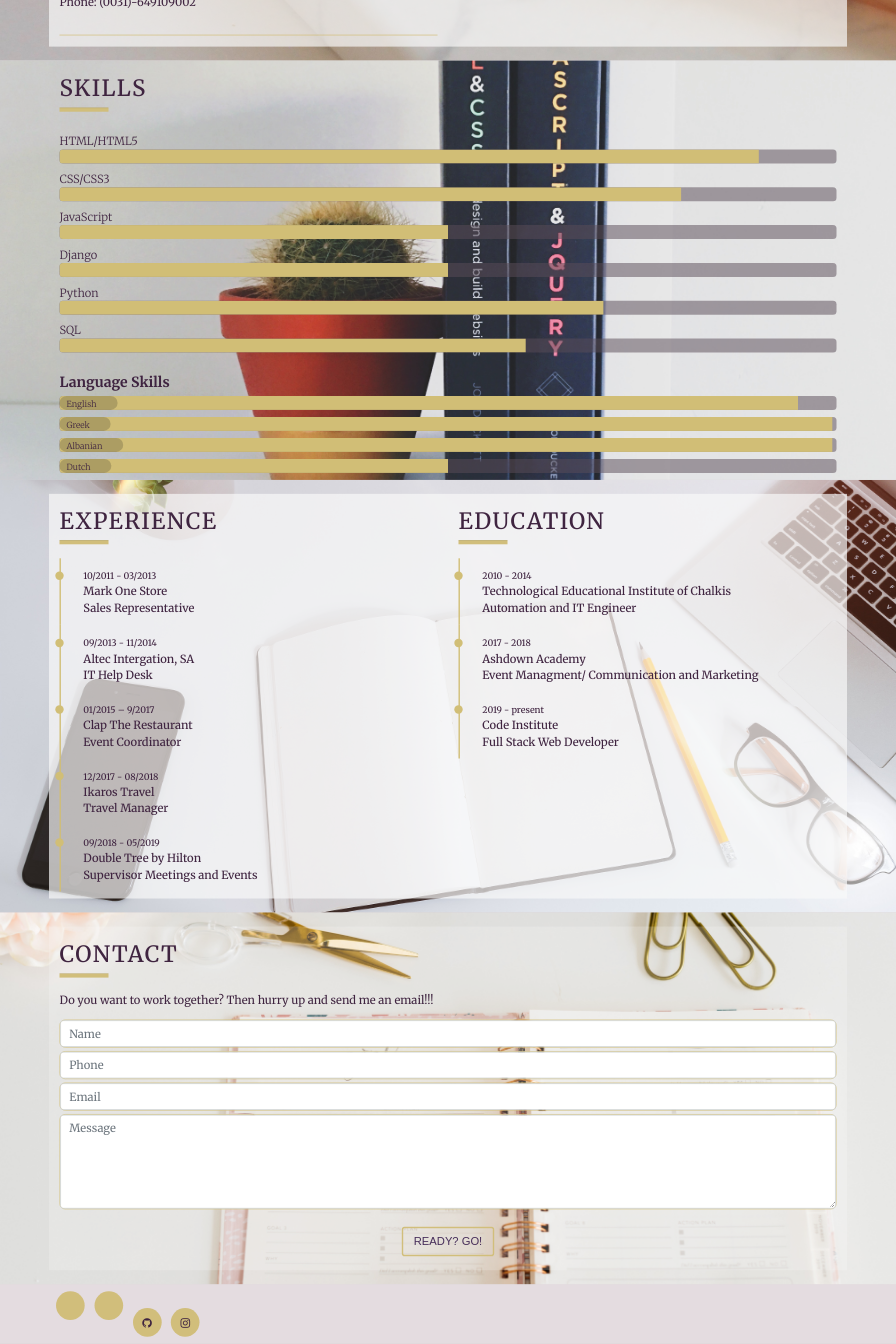
Repository: edshuli/Portfolio
Page: index.html
The author's editor kept a record of every edit. The page is drawn from the files as they stood at one moment, then again after the next edit.
The browser window is 1280 px wide. The pictures show the part of the page from y = 1151 to 3071 px (the page is 3071 px tall before and 3047 px after), at 70% of full size.
Backgrounds fixed to the window are drawn as part of the page. Some web fonts or font styles are not loaded; a fallback is used.

Above is the page before.

After the next edit:
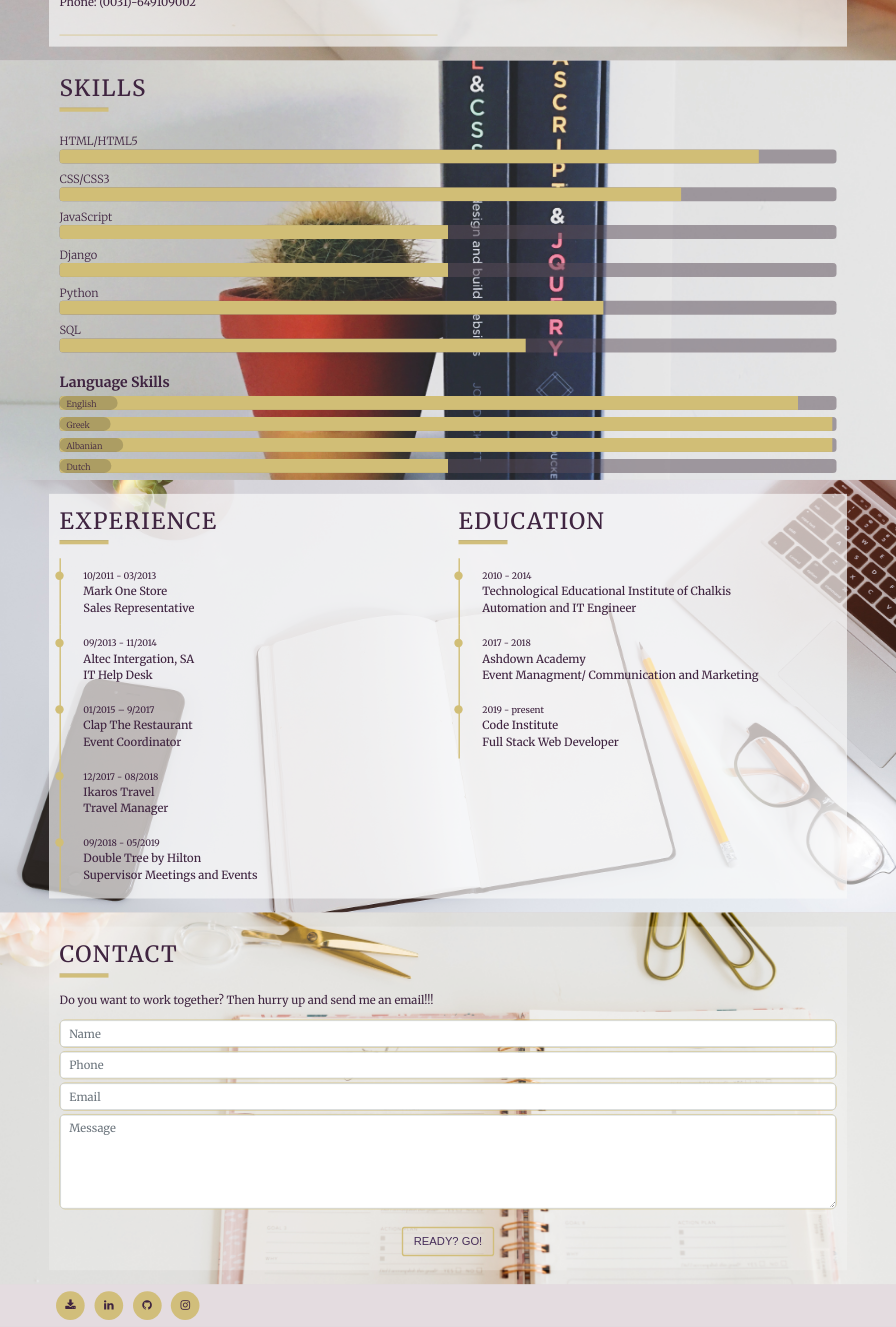
The edit:
--- a/index.html
+++ b/index.html
@@ -265,8 +265,8 @@
         <div class="container footer-container">
             <div class="row">
                 <div class="col-xs-12 col-xs-12 icons">
-                            <a href="#" target="_blank"><i class="fa fa-file-download" aria-hidden="true"></i></a>
-                            <a href="#" target="_blank"><i class="fa fa-linkedin-in" aria-hidden="true"></i></a>
+                            <a href="#" target="_blank"><i class="fa fa-download" aria-hidden="true"></i></a>
+                            <a href="#" target="_blank"><i class="fa fa-linkedin" aria-hidden="true"></i></a>
                             <a href="#" target="_blank"><i class="fa fa-github" aria-hidden="true"></i></a>
                             <a href="#" target="_blank"><i class="fa fa-instagram" aria-hidden="true"></i></a>
                 </div>
